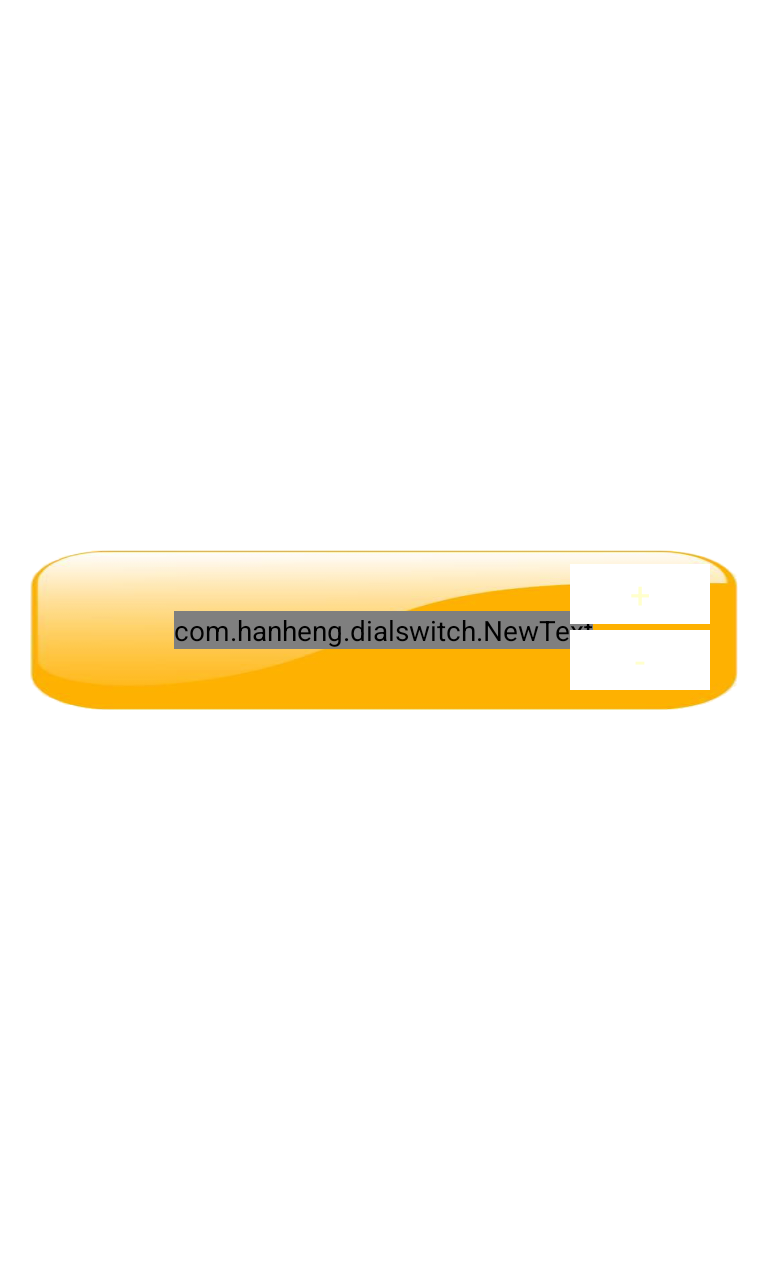
Repository: CovaWang/temporary_embedded
Layout: 7#车联·共享单车/代码/代码/res/layout/display.xml
These files come from the project's save history. The layout is drawn as it stood at one moment and after the next save; the edit follows.
Pictures or frames that could not be fetched are drawn as grey boxes. It is drawn on a 768 x 1280 px phone screen (xhdpi) without system bars, with theme AppTheme; the app's code is not run.

Above is the layout before, as saved 2024-05-15 11:59:15.

After the next save:
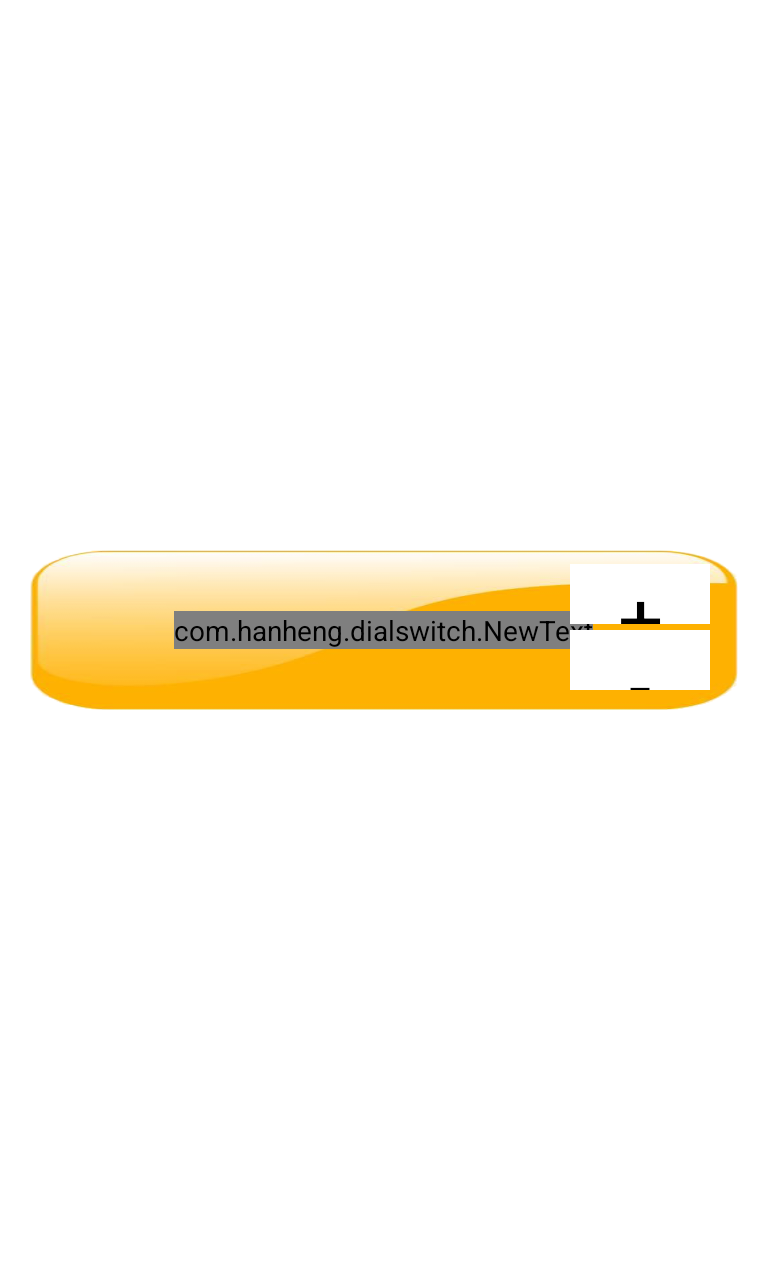
Saved 4 min 30 s later.
--- a/7#车联·共享单车/代码/代码/res/layout/display.xml
+++ b/7#车联·共享单车/代码/代码/res/layout/display.xml
@@ -40,8 +40,8 @@
         android:layout_marginLeft="270dp"
         android:background="#FFFFFF"
         android:text="+"
-        android:textColor="#FFC"
-         android:orientation="vertical"/>
+        android:textSize="40dp"
+        android:textColor="#000000" />
 
         <Button
         android:id="@+id/temp_btn_sub"
@@ -51,7 +51,8 @@
         android:layout_marginLeft="270dp"
         android:background="#FFFFFF"
         android:text="-"
-        android:textColor="#FFC" />
+        android:textSize="40dp"
+        android:textColor="#000000" />
     </RelativeLayout>
 
 </LinearLayout>
